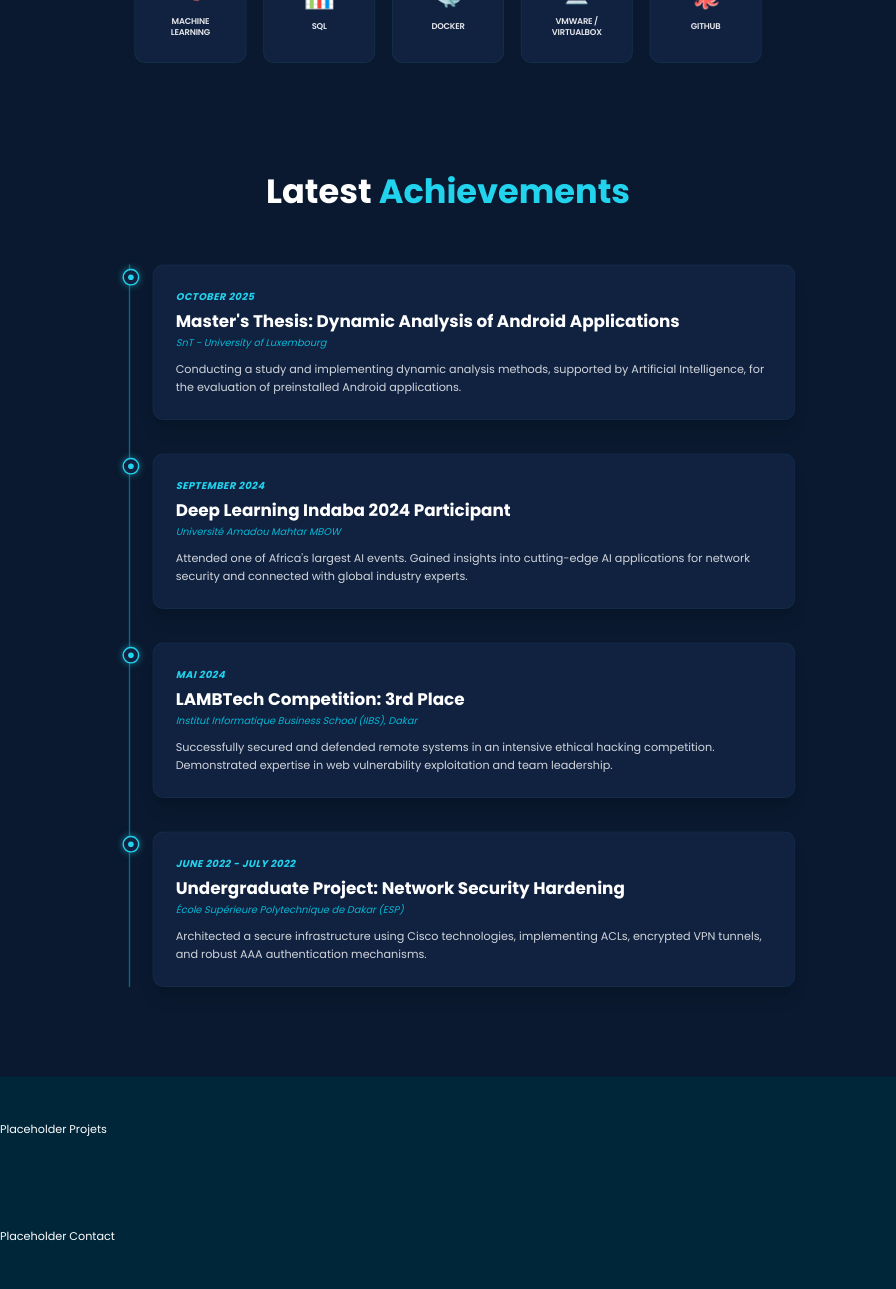
Repository: AntaaaKD/Mon-Portfolio
Page: /
An editor plug-in stored every save of this project. The page is shown before and after the next save, followed by the edit.
The browser window is 1280 px wide. The pictures show the part of the page from y = 2730 to 4650 px (the page is 4572 px tall before and 4650 px after), at 70% of full size.
The project was rebuilt for these pictures with package versions that can differ from the ones it lists, and the page was loaded fresh each time.

Above is the page before, as saved 2026-01-14 23:59:27.

After the next save:
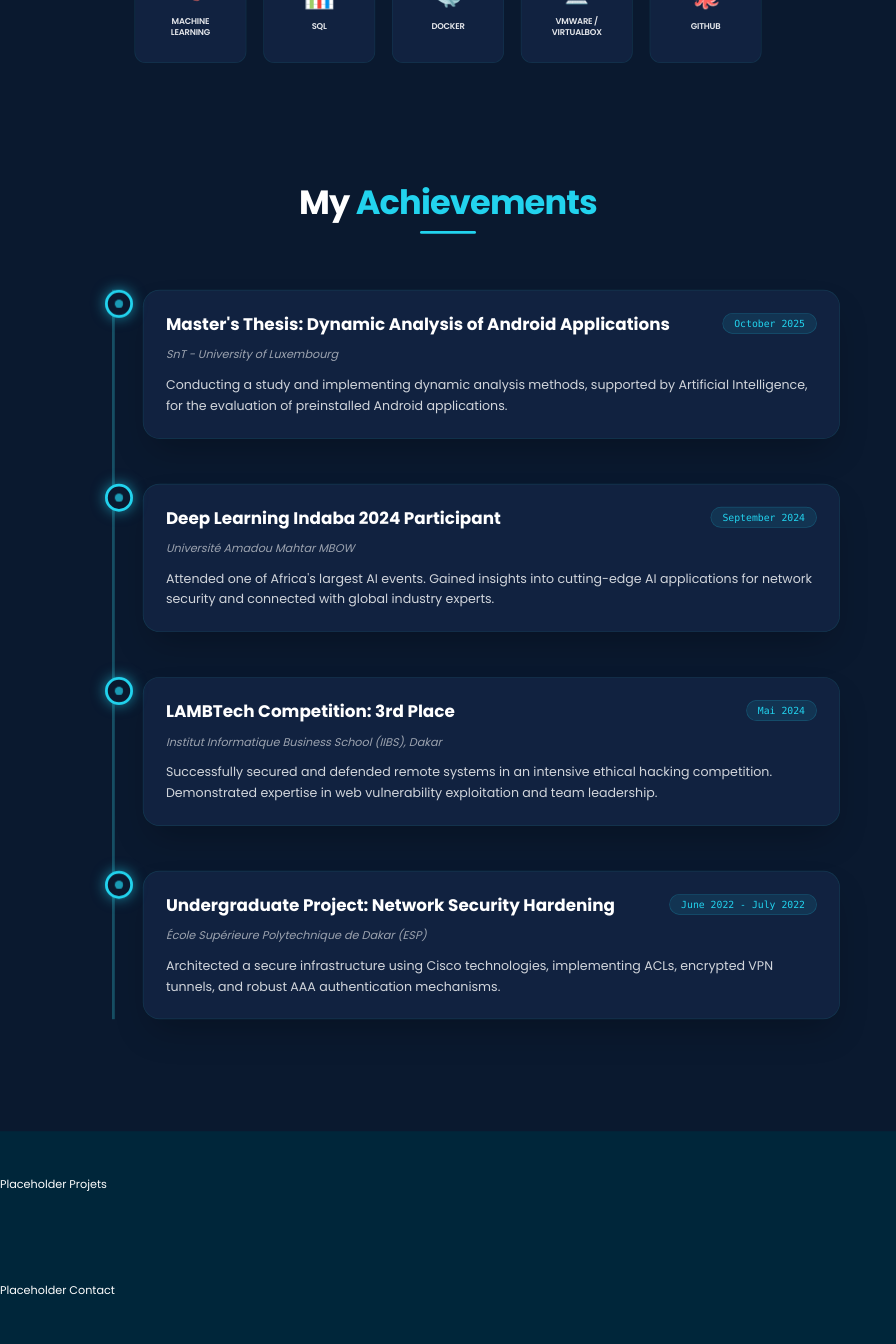
Saved 88 s later.
--- a/src/components/Achievements.jsx
+++ b/src/components/Achievements.jsx
@@ -28,34 +28,45 @@
     }
   ];
 
-  return (
-    <section id="achievements" className="w-full py-20 bg-[#0a192f] text-white">
-      <div className="max-w-5xl mx-auto px-4">
-        {/* Titre style image 5 */}
-       <h2 className="text-5xl font-bold text-center mb-20">
-          Latest <span className="text-cyan-400">Achievements</span>
-        </h2>
+return (
+    <section id="projects" className="w-full py-24 bg-[#0a192f] text-white">
+      <div className="max-w-6xl mx-auto px-4">
+        {/* Titre avec un style plus "Tech" */}
+        <div className="text-center mb-20">
+          <h2 className="text-5xl font-extrabold tracking-tight">
+            My <span className="text-cyan-400">Achievements</span>
+          </h2>
+          <div className="h-1 w-20 bg-cyan-400 mx-auto mt-4 rounded-full"></div>
+        </div>
 
-        <div className="relative border-l-2 border-cyan-500/50 ml-4 md:ml-10">
+        <div className="relative border-l-4 border-cyan-900 ml-6 md:ml-20">
           {achievements.map((item, index) => (
-            <div key={index} className="mb-12 ml-8 relative">
-              {/* Le point sur la ligne (style image 5) */}
-              <div className="absolute -left-[43px] mt-1.5 w-6 h-6 rounded-full bg-[#112240] border-2 border-cyan-400 flex items-center justify-center shadow-[0_0_10px_rgba(34,211,238,0.5)]">
-                 <div className="w-2 h-2 rounded-full bg-cyan-400"></div>
+            <div key={index} className="mb-16 ml-10 relative">
+
+              {/* Le "Point" lumineux de la timeline */}
+              <div className="absolute -left-[54px] top-0 w-10 h-10 rounded-full bg-[#0a192f] border-4 border-cyan-400 flex items-center justify-center shadow-[0_0_20px_rgba(34,211,238,0.6)] z-10">
+                <div className="w-3 h-3 rounded-full bg-cyan-400 animate-pulse"></div>
               </div>
 
-              {/* Carte de contenu (style image 5) */}
-              <div className="bg-[#112240] p-8 rounded-2xl border border-cyan-900/30 shadow-xl hover:border-cyan-400/50 transition-all duration-300">
-                <span className="text-cyan-400 font-bold text-sm uppercase tracking-wider italic">
-                  {item.date}
-                </span>
-                <h3 className="text-2xl font-bold mt-2 text-white">
-                  {item.title}
-                </h3>
-                <h4 className="text-cyan-500 font-medium text-sm mt-1 mb-4 italic">
+              {/* Contenu de la réalisation */}
+              <div className="bg-[#112240] p-8 rounded-3xl border border-cyan-900/50 hover:border-cyan-400/40 transition-all duration-500 shadow-2xl relative group">
+                {/* Petit effet de reflet au survol */}
+                <div className="absolute inset-0 bg-gradient-to-r from-cyan-400/5 to-transparent opacity-0 group-hover:opacity-100 transition-opacity rounded-3xl"></div>
+
+                <div className="flex flex-col md:flex-row md:items-center justify-between mb-4">
+                  <h3 className="text-2xl font-bold text-white group-hover:text-cyan-400 transition-colors">
+                    {item.title}
+                  </h3>
+                  <span className="text-cyan-400 font-mono text-sm bg-cyan-400/10 px-4 py-1 rounded-full border border-cyan-400/20 mt-2 md:mt-0 self-start">
+                    {item.date}
+                  </span>
+                </div>
+
+                <h4 className="text-gray-400 font-medium italic mb-4">
                   {item.institution}
                 </h4>
-                <p className="text-gray-300 leading-relaxed text-base">
+
+                <p className="text-gray-300 leading-relaxed text-lg font-light">
                   {item.description}
                 </p>
               </div>

After the save that followed:
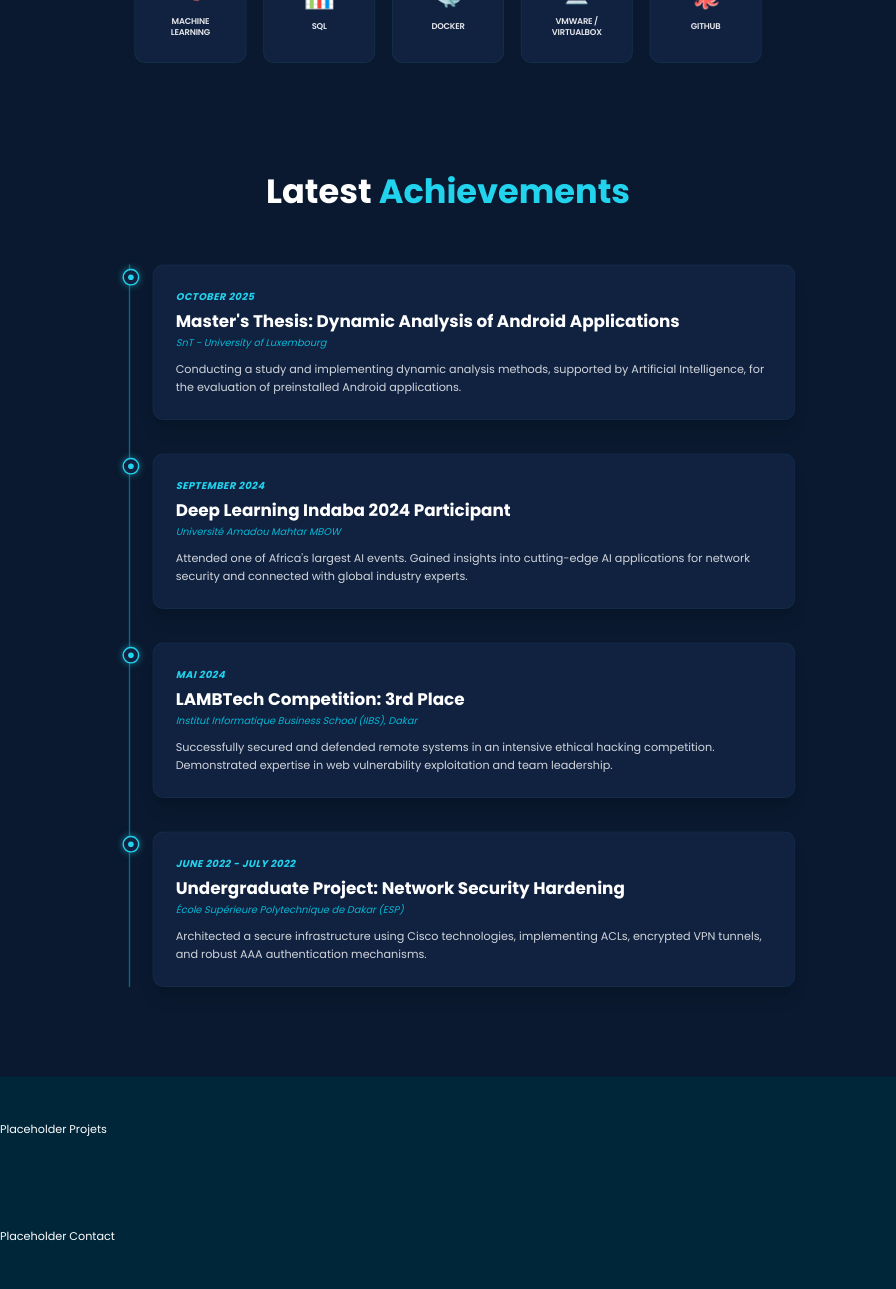
Saved 20 s later.
--- a/src/components/Achievements.jsx
+++ b/src/components/Achievements.jsx
@@ -28,45 +28,34 @@
     }
   ];
 
-return (
-    <section id="projects" className="w-full py-24 bg-[#0a192f] text-white">
-      <div className="max-w-6xl mx-auto px-4">
-        {/* Titre avec un style plus "Tech" */}
-        <div className="text-center mb-20">
-          <h2 className="text-5xl font-extrabold tracking-tight">
-            My <span className="text-cyan-400">Achievements</span>
-          </h2>
-          <div className="h-1 w-20 bg-cyan-400 mx-auto mt-4 rounded-full"></div>
-        </div>
+  return (
+    <section id="achievements" className="w-full py-20 bg-[#0a192f] text-white">
+      <div className="max-w-5xl mx-auto px-4">
+        {/* Titre style image 5 */}
+       <h2 className="text-5xl font-bold text-center mb-20">
+          Latest <span className="text-cyan-400">Achievements</span>
+        </h2>
 
-        <div className="relative border-l-4 border-cyan-900 ml-6 md:ml-20">
+        <div className="relative border-l-2 border-cyan-500/50 ml-4 md:ml-10">
           {achievements.map((item, index) => (
-            <div key={index} className="mb-16 ml-10 relative">
-
-              {/* Le "Point" lumineux de la timeline */}
-              <div className="absolute -left-[54px] top-0 w-10 h-10 rounded-full bg-[#0a192f] border-4 border-cyan-400 flex items-center justify-center shadow-[0_0_20px_rgba(34,211,238,0.6)] z-10">
-                <div className="w-3 h-3 rounded-full bg-cyan-400 animate-pulse"></div>
+            <div key={index} className="mb-12 ml-8 relative">
+              {/* Le point sur la ligne (style image 5) */}
+              <div className="absolute -left-[43px] mt-1.5 w-6 h-6 rounded-full bg-[#112240] border-2 border-cyan-400 flex items-center justify-center shadow-[0_0_10px_rgba(34,211,238,0.5)]">
+                 <div className="w-2 h-2 rounded-full bg-cyan-400"></div>
               </div>
 
-              {/* Contenu de la réalisation */}
-              <div className="bg-[#112240] p-8 rounded-3xl border border-cyan-900/50 hover:border-cyan-400/40 transition-all duration-500 shadow-2xl relative group">
-                {/* Petit effet de reflet au survol */}
-                <div className="absolute inset-0 bg-gradient-to-r from-cyan-400/5 to-transparent opacity-0 group-hover:opacity-100 transition-opacity rounded-3xl"></div>
-
-                <div className="flex flex-col md:flex-row md:items-center justify-between mb-4">
-                  <h3 className="text-2xl font-bold text-white group-hover:text-cyan-400 transition-colors">
-                    {item.title}
-                  </h3>
-                  <span className="text-cyan-400 font-mono text-sm bg-cyan-400/10 px-4 py-1 rounded-full border border-cyan-400/20 mt-2 md:mt-0 self-start">
-                    {item.date}
-                  </span>
-                </div>
-
-                <h4 className="text-gray-400 font-medium italic mb-4">
+              {/* Carte de contenu (style image 5) */}
+              <div className="bg-[#112240] p-8 rounded-2xl border border-cyan-900/30 shadow-xl hover:border-cyan-400/50 transition-all duration-300">
+                <span className="text-cyan-400 font-bold text-sm uppercase tracking-wider italic">
+                  {item.date}
+                </span>
+                <h3 className="text-2xl font-bold mt-2 text-white">
+                  {item.title}
+                </h3>
+                <h4 className="text-cyan-500 font-medium text-sm mt-1 mb-4 italic">
                   {item.institution}
                 </h4>
-
-                <p className="text-gray-300 leading-relaxed text-lg font-light">
+                <p className="text-gray-300 leading-relaxed text-base">
                   {item.description}
                 </p>
               </div>
